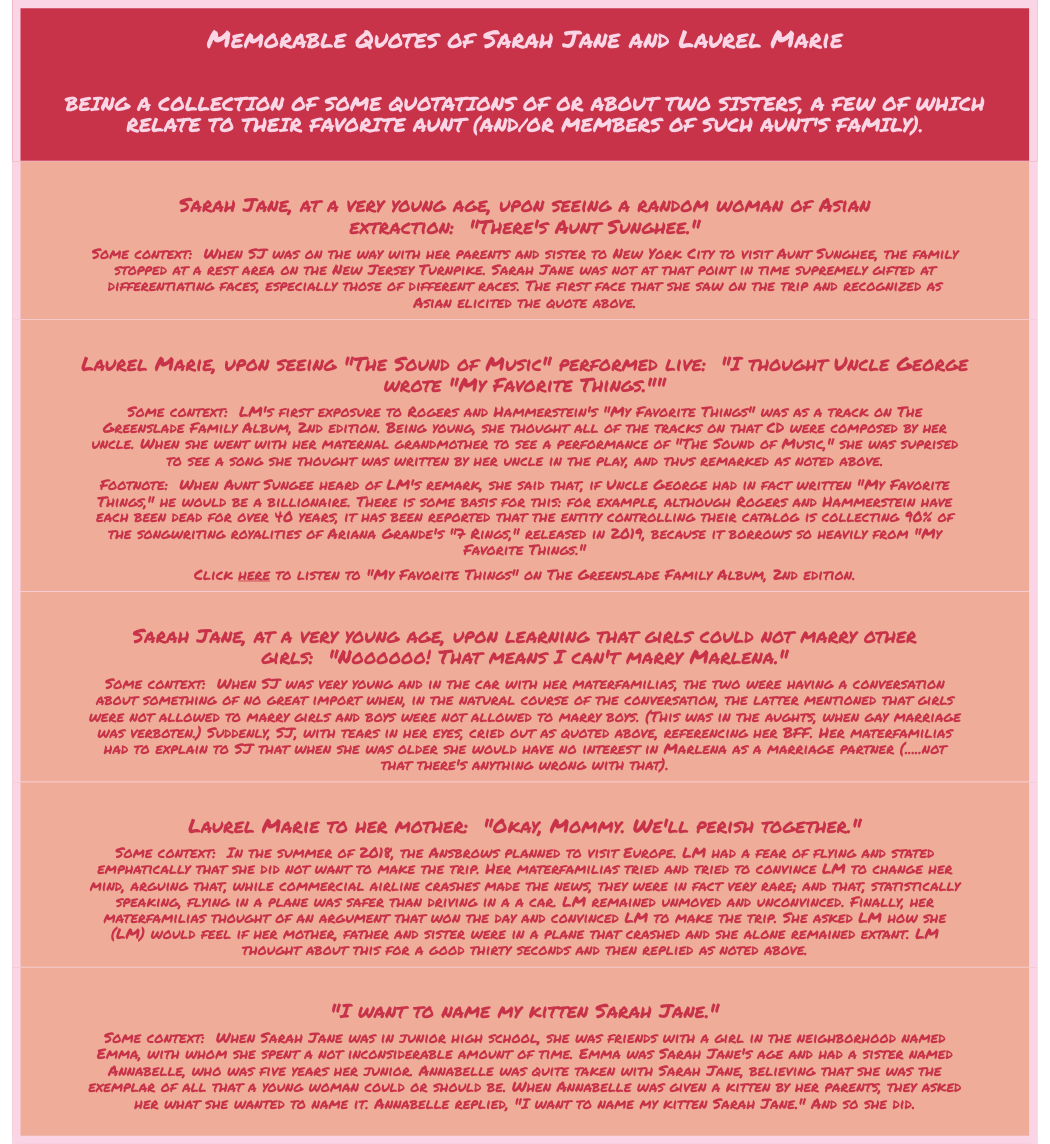
Repository: George2916/Sarah-Jane-and-Laurel-Marie
Page: quotes.html
The author's editor kept a record of every edit. The page is drawn from the files as they stood at one moment, then again after the next edit.
The browser window is 1280 px wide. The pictures show the whole page, at 82% of full size.

Above is the page before.
Console error: TypeError: Cannot read properties of null (reading 'style')

### quotes.html
<!DOCTYPE html>
<html>
<head>

    <meta charset="utf-8">
    <meta http-equiv="X-UA-Compatible" content="IE-edge">
    <meta name="viewport" content="width=device-width, initial-scale=1">
    <!--[if lt IE 9]
<script src="https://oss.maxcdn.com/html5shiv/3.7.2/html5shiv.min.js"></script>
<script src="https://oss.maxcdn.com/respond/1.4.2/respond.min.js"></script>
<![endif]-->

  <title>Memorable Quotes</title>

    <link rel="stylesheet" type="text/css" href="css/bootstrap.css">
    <link rel="stylesheet" type="text/css" href="css/mystyle.css">
    <link href="https://fonts.googleapis.com/css?family=Permanent+Marker" rel="stylesheet">

</head>


<body>

<div class="container-fluid">

  <div class="FPborder FPheading"><h2>Memorable Quotes of Sarah Jane and Laurel Marie
            </h2>
            <br>
            <h3 class="FPtextHeading">BEING A COLLECTION OF SOME QUOTATIONS OF OR ABOUT TWO SISTERS, A FEW OF WHICH RELATE TO THEIR FAVORITE AUNT (AND/OR MEMBERS OF SUCH AUNT'S FAMILY).</h3>
  </div>

  <div class="qBackground1">
    <div class="row"><!--first row-->

      <div class="col-xs-12">
        <h3 class="qText1">Sarah Jane, at a very young age, upon seeing a random woman of Asian extraction:&nbsp;&nbsp;"There's Aunt Sunghee."</h3>
        <h4 class="qText2">Some context:&nbsp;&nbsp;When SJ was on the way with her parents and sister to New York City to visit Aunt Sunghee, the family stopped at a rest area on the New Jersey Turnpike.  Sarah Jane was not at that point in time supremely gifted at differentiating faces, especially those of different races.  The first face that she saw on the trip and recognized as Asian elicited the quote above.</h4>
      </div>

    </div><!--/first row-->
    </div><!--/.qBackground1-->

    <div class="qBackground1">
    <div class="row"><!--second row-->

        <div class="col-xs-12">
        <h3 class="qText1">Laurel Marie, upon seeing "The Sound of Music" performed live:&nbsp;&nbsp;"I thought Uncle George wrote "My Favorite Things.""</h3>
        <h4 class="qText2">Some context:&nbsp;&nbsp;LM's first exposure to Rogers and Hammerstein's "My Favorite Things" was as a track on The Greenslade Family Album, 2nd edition. Being young, she thought all of the tracks on that CD were composed by her uncle.  When she went with her maternal grandmother to see a performance of "The Sound of Music," she was suprised to see a song she thought was written by her uncle in the play, and thus remarked as noted above.</h4>
        <h4 class="qText2">Footnote:&nbsp;&nbsp;When Aunt Sungee heard of LM's remark, she said that, if Uncle George had in fact written "My Favorite Things," he would be a billionaire. There is some basis for this: for example, although Rogers and Hammerstein have each been dead for over 40 years, it has been reported that the entity controlling their catalog is collecting 90% of the songwriting royalities of Ariana Grande's "7 Rings," released in 2019, because it borrows so heavily from "My Favorite Things."</h4>
        <h4 class="qText2">Click <a class="misc-link-5" id="quote1" href="https://youtu.be/F1NmzCG4n8A">here</a> to listen to "My Favorite Things" on The Greenslade Family Album, 2nd edition.</h4>
      </div>

      </div><!--/second row-->
      </div><!--/.qBackground1-->

      <div class="qBackground1">
      <div class="row"><!--third row-->

      <div class="col-xs-12">
        <h3 class="qText1">Sarah Jane, at a very young age, upon learning that girls could not marry other girls:&nbsp;&nbsp;"Noooooo! That means I can't marry Marlena."</h3>
        <h4 class="qText2">Some context:&nbsp;&nbsp;When SJ was very young and in the car with her materfamilias, the two were having a conversation about something of no great import when, in the natural course of the conversation, the latter mentioned that girls were not allowed to marry girls and boys were not allowed to marry boys.  (This was in the aughts, when gay marriage was verboten.)  Suddenly, SJ, with tears in her eyes, cried out as quoted above, referencing her BFF. Her materfamilias had to explain to SJ that when she was older she would have no interest in Marlena as a marriage partner (.....not that there's anything wrong with that).</h4>
      </div>

      </div><!--/third row-->
      </div> <!--/.qBackground1-->

      <div class="qBackground1">
      <div class="row"><!--fourth row-->

      <div class="col-xs-12">
        <h3 class="qText1">Laurel Marie to her mother:&nbsp;&nbsp;"Okay, Mommy. We'll perish together."</h3>
        <h4 class="qText2">Some context:&nbsp;&nbsp;In the summer of 2018, the Ansbrows planned to visit Europe.  LM had a fear of flying and stated emphatically that she did not want to make the trip.  Her materfamilias tried and tried to convince LM to change her mind, arguing that, while commercial airline crashes made the news, they were in fact very rare; and that, statistically speaking, flying in a plane was safer than driving in a a car. LM remained unmoved and unconvinced.  Finally, her materfamilias thought of an argument that won the day and convinced LM to make the trip.  She asked LM how she (LM) would feel if her mother, father and sister were in a plane that crashed and she alone remained extant. LM thought about this for a good thirty seconds and then replied as noted above. </h4>
      </div>

      </div><!--/fourth row-->
      </div> <!--/.qBackground2-->

      <div class="qBackground2">
      <div class="row"><!--fifth row-->

      <div class="col-xs-12">
        <h3 class="qText1">"I want to name my kitten Sarah Jane."</h3>
        <h4 class="qText2">Some context:&nbsp;&nbsp;When Sarah Jane was in junior high school, she was friends with a girl in the neighborhood named Emma, with whom she spent a not inconsiderable amount of time.  Emma was Sarah Jane's age and had a sister named Annabelle, who was five years her junior.  Annabelle was quite taken with Sarah Jane, believing that she was the exemplar of all that a young woman could or should be.  When Annabelle was given a kitten by her parents, they asked her what she wanted to name it.  Annabelle replied, "I want to name my kitten Sarah Jane." And so she did.</h4>
      </div>

      </div><!--/fifth row-->
      </div> <!--/.qBackground2-->


</div> <!--/.container-fluid-->



<script src="js/jquery-3.2.0.js"></script>
<script src="js/bootstrap.js"></script>
<script src="js/myjquery.js"></script>

</body>
</html>

### css/mystyle.css
/* color scheme

lilac: #f9d5e5

very light brown: #eeac99

pink: #e06377

red: #c83349

*/

/* STYLING FOR NAV BAR */

/* give the nav bar square corners, instead of the default rounded corners */

.navbar{
    border-radius: 0px;
}

/* change color of nav bar to lilac */

.navbar-default{
    background-color: #f9d5e5;
}

/* change the color of the lettering of Home, Slide Show and Misc. to red */

.navbar-default .navbar-collapse .navbar-nav > li > a{
     color: #c83349;
}

/* change the color of the lettering of Gallery to red */

.navbar-default .navbar-nav > .open > a,
.navbar-default .navbar-nav > .open > a:hover,
.navbar-default .navbar-nav > .open > a:focus {
    color: #c83349;
}

/* give the Home, Slide Show and Misc. tabs the color of very light brown when clicked on */

.navbar-default .navbar-nav .active a,
.navbar-default .navbar-nav .active a:hover,
.navbar-default .navbar-nav .active a:focus {
    background-color: #eeac99;
    color: #c83349;
}

/* give the Gallery tab the color of very light brown when clicked on */

.navbar-default .navbar-nav > .open > a:focus {
    background-color: #eeac99;
}

/* change color and size of the dropdown menu under the Gallery tab */

.dropdown-menu {
    background-color: #eeac99;
    padding: 0px;
    border: 0px;
    margin: 0px;
}

/* change the color of the text of the dropdown menu under the Gallery tab */

.dropdown-menu > li > a {
    color: #c83349;
}

/* make the hamburger icon have the background color of red */

.navbar-default .navbar-toggle:hover,
.navbar-default .navbar-toggle:focus {
    background-color: #eeac99;
}

.navbar-toggle{
    background-color: #c83349;
}

#bullet{

    vertical-align: text-top;
}


/* STYLING FOR HOME PAGE */

/* styling for jumbotron on Home page */

.cover-page-jumbo {
    background-color: #c83349;
    font-family: 'Permanent Marker', cursive;
    text-align: center;
    color: #f9d5e5;

}

/* styling for certain text in the Japanese translation of the Home page*/

#bullet {
    vertical-align: middle;
    letter-spacing: -10px;
}

#bullet1 {

    letter-spacing: -10px;
}

#bullet2 {

    letter-spacing: -8px;
}

#bullet3 {
    vertical-align: middle;
    letter-spacing: -14px;
}
@media only screen and (max-width: 660px) {
    .cover-page-jumbo h2{
        font-size: 140%;
    }

    .cover-page-jumbo h4{
        font-size: 90%;
    }
}

/* give the jumbrotron square corners, instead of the default rounded corners */

.container .jumbotron {
    border-radius: 0px;
}

.coverphoto {
    width: 100%;
    height: 100%;
    border: 4px solid #e06377;
}

/* resize image in jumbotron */
.coverphoto img {
    width: 100%;
    height: auto;
}


/* STYLING FOR GALLERY PAGES */

.gallery-background {
    padding: 20px;
    background-color: #c83349;
}

@media only screen and (max-width: 991px) {
    .extra-padding {
        padding-bottom: 20px;
    }
}

/* change the size of the modals for images in the Gallery which are rotated when displayed in modal format */
.gallery-rotate {
        height: 620px;
        width: 600px;
}

/* rotate certain photos in the Gallery -90 degrees when they are displayed in modal format */
.gallery-rotate img {
    -ms-transform: rotate(-90deg); /* IE 9 */
    -webkit-transform: rotate(-90deg); /* Chrome, Safari, Opera */
    transform: rotate(-90deg);
    height: 450px;
    position: absolute;
    top: 80px;
}

.pager li > a {
    background-color: #f9d5e5;
    color: #c83349;
}


/* STYLING FOR THE SLIDESHOW PAGES */

/* give pink border to the photos in the slide show */
.item > img {
    border: 4px solid #e06377;
}

/* center all img in slideshow */
.carousel-inner img {
    margin: auto;
}

/* enlarge certain pictures in the Slideshow to take up the height and width of their container */
.BBBB {
    width: 100%;
    height: auto;
}

/* give the color of smokey white to the left and right arrows in the Slideshow */

.carousel-control > span {
    color: #f5f5f5;
}

/* make the carousel captions the color of smokey white */
.carousel-caption {
    color: #f5f5f5;
}

/* give the color of smokey white to the border of the carousel indicators */
.carousel-indicators li {
    border: 1px solid #f5f5f5;
}

/* give the color of smokey white to the active carousel indicator */
.carousel-indicators .active {
     background-color: white;
}

/* hide carousel indicators and delete the <h4> captions in screen widths below 992px */
@media only screen and (max-width: 991px) {
    .carousel-indicators > li {
        display: none;
    }
    .carousel-caption > h4 {
        display: none;
    }
}

/* make font-size smaller in screen widths below 575px */
@media only screen and (max-width: 575px) {
    .carousel-caption h3 {
        font-size: 75%;
    }
}


/* STYLING FOR MISCELLANEOUS PAGE */

.color1 {
    background-color: #eeac99;
    height: 110px;
    padding-top: 10px;
}

.color2 {
    background-color: #e06377;
    height: 110px;
    padding-top: 10px;
}

.noPad {margin-right: 0px;
    margin-left: 0px;
}

/* STYLING FOR THE FAMILYTREEM.HTML AND FAMILYTREET.HTML DOCS */

.family-tree-jumbo {
    background-color: #f9d5e5;
    font-family: 'Permanent Marker', cursive;
    text-align: center;
}

.family-tree-jumbo > h3 {
    color: #c83349;
}

/* rotate the fourgenerationsM photo 90 degrees */
.fourgenerationsM img {
    width: 100%;
    height: auto;
   -ms-transform: rotate(90deg); /* IE 9 */
    -webkit-transform: rotate(90deg); /* Chrome, Safari, Opera */
    transform: rotate(90deg);
    position: relative;
    top: 60px;
    border: solid 5px #e06377;
}

/* adjust the position of the fourgenerationsM photo and related text, depending on the screen size */
@media only screen and (max-width: 1199px) {
    .fourgenerationsM img {
        position: relative;
        top: 50px;
    }
    .customclassM {
        position: relative;
        top: 2px;
    }
}

@media only screen and (max-width: 991px) {
    .fourgenerationsM img {
        position: relative;
        top: 100px;
    }
    .customclassM {
        position: relative;
        top: 250px;
        left: 50px;
    }
}

@media only screen and (max-width: 767px) {
    .fourgenerationsM img {
        position: relative;
        top: 120px;
    }
    .customclassM {
        position: relative;
        top: 250px;
        left: 0px;
    }
}

/* adjust the positioning of the fourgenerationsT photo and related text, depending on the screen size */
@media only screen and (min-width: 992px) {
    .fourgenerationsT img {
        width: 100%;
        height: auto;
        position: relative;
        left: 50px;
        top: 20px;
        border: solid 5px #e06377;
    }
    .customclassT {
        position: relative;
        left: 50px;
    }
}

@media only screen and (min-width: 768px) {
    .fourgenerationsT img {
        width: 100%;
        height: auto;
        border: solid 5px #e06377;
    }
    .customclassT {
        position: relative;
        top: 20px;
        left: 50px;
    }
}

@media only screen and (min-width: 100px) {
    .fourgenerationsT img {
        width: 100%;
        height: auto;
        border: solid 5px #e06377;
    }
    .customclassT {
        position: relative;
        top: 20px;
    }
}

.withtext {
    text-align: center;
    border: 2px solid black;
}

.withtext1 {
    border: 3.4px solid black;
    text-align: center;
}

.withsymbol {
    text-align: center;
}

.specialborder {
    border: solid 3px #e06377;
}


/* STYLING FOR QUESTIONNAIRE */

#heading, #headingJ{
    background-color: #c83349;
    font-family: 'Permanent Marker', cursive;
    text-align: center;
    color: #f9d5e5;
}

#Qborder, #QborderJ{
    border-width: 10px;
    border-style: solid;
    border-color: #f9d5e5;
}

#first-row, #first-rowJ{
    height: 2.5em;
}

#sjButtonJap > .btn,
#lmButtonJap > .btn {
    font-size: 75%;
}

@media only screen and (max-width: 767px) {
    #sjButtonJap > .btn,
    #lmButtonJap > .btn {
        font-size: 75%;
    }
}

@media only screen and (max-width: 640px) {
    #sjButtonJap > .btn,
    #lmButtonJap > .btn {
        font-size: 70%;
    }
}

@media only screen and (max-width: 575px) {
    #sjButtonJap > .card_back,
    #lmButtonJap > .card_back {
        font-size: 65%;
    }
    #sjButtonJap > .card_front,
    #lmButtonJap > .card_front {
        font-size: 65%;
    }
}

.card{
  position: relative;
  width: 25%;
  text-align: center;
}

.card_front,
.card_back{
  position: absolute;
  top: 0;
  left: 0;
  width: 100%;
  height: 100%;
}

.card_front,
.card_back{
  -webkit-backface-visibility: hidden;
          backface-visibility: hidden;
  -webkit-transition: -webkit-transform 0.3s;
          transition: transform 0.3s;
}

.card_front{
  background-color: #eeac99;
}

.card_back{
  background-color: #eeac99;
  -webkit-transform: rotateY(-180deg);
          transform: rotateY(-180deg);
}

.card.effect_hover:hover .card_front{
  -webkit-transform: rotateY(-180deg);
          transform: rotateY(-180deg);
}

.card.effect_hover:hover .card_back{
  -webkit-transform: rotateY(0);
          transform: rotateY(0);
}

.customBtn{

  border-right: 6px solid #eeac99;
  border-bottom: 6px solid #eeac99;
  border-right-style: outset;
  border-bottom-style: outset;
}

.question{
    background-color: #eeac99;
}

#hiddenSJ-1, #hiddenSJ-2, #hiddenSJ-3, #hiddenSJ-4, #hiddenSJ-5, #hiddenSJ-6, #hiddenSJ-7, #hiddenSJ-8, #hiddenSJ-9, #hiddenSJ-10, #hiddenSJ-11, #hiddenSJ-12, #hiddenSJ-13, #hiddenSJ-14, #hiddenSJ-15, #hiddenSJ-16, #hiddenSJ-17, #hiddenSJ-18, #hiddenSJ-19, #hiddenSJ-20, #hiddenSJ-21, #hiddenSJ-22, #hiddenSJ-23, #hiddenSJ-24, #hiddenSJ-25, #hiddenLM-1, #hiddenLM-2, #hiddenLM-3, #hiddenLM-4, #hiddenLM-5, #hiddenLM-6, #hiddenLM-7, #hiddenLM-8, #hiddenLM-9, #hiddenLM-10, #hiddenLM-11, #hiddenLM-12, #hiddenLM-13, #hiddenLM-14, #hiddenLM-15, #hiddenLM-16, #hiddenLM-17, #hiddenLM-18, #hiddenLM-19, #hiddenLM-20, #hiddenLM-21, #hiddenLM-22, #hiddenLM-23, #hiddenLM-24, #hiddenLM-25, #hiddenSJJ-1, #hiddenSJJ-2, #hiddenSJJ-3, #hiddenSJJ-4, #hiddenSJJ-5, #hiddenSJJ-6, #hiddenSJJ-7, #hiddenSJJ-8, #hiddenSJJ-9, #hiddenSJJ-10, #hiddenSJJ-11, #hiddenSJJ-12, #hiddenSJJ-13, #hiddenSJJ-14, #hiddenSJJ-15, #hiddenSJJ-16, #hiddenSJJ-17, #hiddenSJJ-18, #hiddenSJJ-19, #hiddenSJJ-20, #hiddenSJJ-21, #hiddenSJJ-22, #hiddenSJJ-23, #hiddenSJJ-24, #hiddenSJJ-25, #hiddenLMJ-1, #hiddenLMJ-2,  #hiddenLMJ-3, #hiddenLMJ-4, #hiddenLMJ-5, #hiddenLMJ-6, #hiddenLMJ-7, #hiddenLMJ-8, #hiddenLMJ-9, #hiddenLMJ-10, #hiddenLMJ-11, #hiddenLMJ-12, #hiddenLMJ-13, #hiddenLMJ-14, #hiddenLMJ-15, #hiddenLMJ-16, #hiddenLMJ-17, #hiddenLMJ-18, #hiddenLMJ-19, #hiddenLMJ-20, #hiddenLMJ-21, #hiddenLMJ-22, #hiddenLMJ-23, #hiddenLMJ-24, #hiddenLMJ-25 {
    background-color: #eeac99;
}


/* STYLING FOR FLIPPABLE PHOTOS (MEMENTOS) */

.FPborder{
    border-width: 10px 10px 1px 10px;
    border-style: solid;
    border-color: #f9d5e5;
}

.FPheading{
    background-color: #c83349;
    font-family: 'Permanent Marker', cursive;
    text-align: center;
    color: #f9d5e5;
    padding-bottom: 20px;
}

.FPbackground{
    border-width: 0px 10px 10px 10px;
    border-style: solid;
    border-color: #f9d5e5;
    background-color: #eeac99;
    padding: 0px 20px 0px 20px;
}

.FPtextHeading{
    padding: 0px 20px;
}

.pic-front{
    box-shadow: 5px 5px 5px #c83349;
    margin-bottom: 20px;
}

.pic-back{
    display:none;
    box-shadow: 5px 5px 5px #c83349;
    margin-bottom: 20px;
}

.FPtext{
    color: #c83349;
}

/* rotation of images */

#front1{
  transform: rotate(3deg);
}

#front1:hover{
  transform: rotate(0deg);
  cursor: grab;
}

#back1-1{
  transform: rotate(3deg);
}

#back1-1:hover{
  transform: rotate(0deg);
  cursor: grab;
}

#back1-2{
  transform: rotate(3deg);
}

#back1-2:hover{
  transform: rotate(0deg);
  cursor: grab;
}

#front2{
  transform: rotate(1deg);
}

#front2:hover{
  transform: rotate(0deg);
  cursor: grab;
}

#back2{
  transform: rotate(1deg);
}

#back2:hover{
  transform: rotate(0deg);
  cursor: grab;
}

#front3{
  transform: rotate(-3deg);
}

#front3:hover{
  transform: rotate(0deg);
  cursor: grab;
}

#back3-1{
  transform: rotate(-3deg);
}

#back3-1:hover{
  transform: rotate(0deg);
  cursor: grab;
}

#back3-2{
  transform: rotate(-3deg);
}

#back3-2:hover{
  transform: rotate(0deg);
  cursor: grab;
}

#front4{
  transform: rotate(3deg);
}

#front4:hover{
  transform: rotate(0deg);
  cursor: grab;
}

#back4{
  transform: rotate(3deg);
}

#back4:hover{
  transform: rotate(0deg);
  cursor: grab;
}

#front5{
  transform: rotate(1deg);
}

#front5:hover{
  transform: rotate(0deg);
  cursor: grab;
}

#back5{
  transform: rotate(1deg);
}

#back5:hover{
  transform: rotate(0deg);
  cursor: grab;
}

#front6{
  transform: rotate(-7deg);
}

#front6:hover{
  transform: rotate(-0deg);
  cursor: grab;
}

#back6{
  transform: rotate(-7deg);
}

#back6:hover{
  transform: rotate(-0deg);
  cursor: grab;
}

#front7{
  transform: rotate(1deg);
}

#front7:hover{
  transform: rotate(0deg);
  cursor: grab;
}

#back7-1{
  transform: rotate(1deg);
}

#back7-1:hover{
  transform: rotate(0deg);
  cursor: grab;
}

#back7-2{
  transform: rotate(1deg);
}

#back7-2:hover{
  transform: rotate(0deg);
  cursor: grab;
}

#back7-3{
  transform: rotate(1deg);
}

#back7-3:hover{
  transform: rotate(0deg);
  cursor: grab;
}

#front8{
  transform: rotate(-5deg);
}

#front8:hover{
  transform: rotate(0deg);
  cursor: grab;
}

#back8{
  transform: rotate(-5deg);
}

#back8:hover{
  transform: rotate(0deg);
  cursor: grab;
}

#front9{
  transform: rotate(-3deg);
}

#front10{
  transform: rotate(2deg);
}

#front10:hover{
  transform: rotate(0deg);
  cursor: grab;
}

#back10-1{
  transform: rotate(2deg);
}

#back10-1:hover{
  transform: rotate(0deg);
  cursor: grab;
}

#back10-2{
  transform: rotate(2deg);
}

#back10-2:hover{
  transform: rotate(0deg);
  cursor: grab;
}

#back10-3{
  transform: rotate(2deg);
}

#back10-3:hover{
  transform: rotate(0deg);
  cursor: grab;
}

#back10-4{
  transform: rotate(2deg);
}

#back10-4:hover{
  transform: rotate(0deg);
  cursor: grab;
}

#back10-5{
  transform: rotate(2deg);
}

#back10-5:hover{
  transform: rotate(0deg);
  cursor: grab;
}

#front11{
  transform: rotate(2deg);
}

#front11:hover{
  transform: rotate(0deg);
}

#front12{
  transform: rotate(-2deg);
}

#front12:hover{
  transform: rotate(0deg);
  cursor: grab;
}

#back12{
  transform: rotate(-2deg);
}

#back12:hover{
  transform: rotate(0deg);
  cursor: grab;
}

#front13{
  transform: rotate(-2deg);
}

#front13:hover{
  transform: rotate(0deg);
  cursor: grab;
}

#back13{
  transform: rotate(-2deg);
}

#back13:hover{
  transform: rotate(0deg);
  cursor: grab;
}

#front14{
  transform: rotate(3deg);
}

#front14:hover{
  transform: rotate(0deg);
  cursor: grab;
}

#back14{
  transform: rotate(3deg);
}

#back14:hover{
  transform: rotate(0deg);
  cursor: grab;
}



/* STYLING FOR QUOTES.HTML */


.qText1{
    color: #c83349;
    font-family: 'Permanent Marker', cursive;
    padding: 0px 50px;
    text-align: center;
}

.qText2{
    color: #c83349;
    font-family: 'Permanent Marker', cursive;
    padding: 0px 60px;
    text-align: center;

}

.qBackground1{
    border-width: 0px 10px 1px 10px;
    border-style: solid;
    border-color: #f9d5e5;
    background-color: #eeac99;
    padding: 20px 20px 0px 20px
}

.qBackground2{
    border-width: 0px 10px 10px 10px;
    border-style: solid;
    border-color: #f9d5e5;
    background-color: #eeac99;
    padding: 20px 20px 20px 20px
}

#quote1{
    text-decoration: underline;
}

.noPad {margin-right: 0px;
    margin-left: 0px;}

Loaded but not shown: css/bootstrap.css (library); js/jquery-3.2.0.js (library); js/bootstrap.js (library); js/myjquery.js (library)

After the next edit:
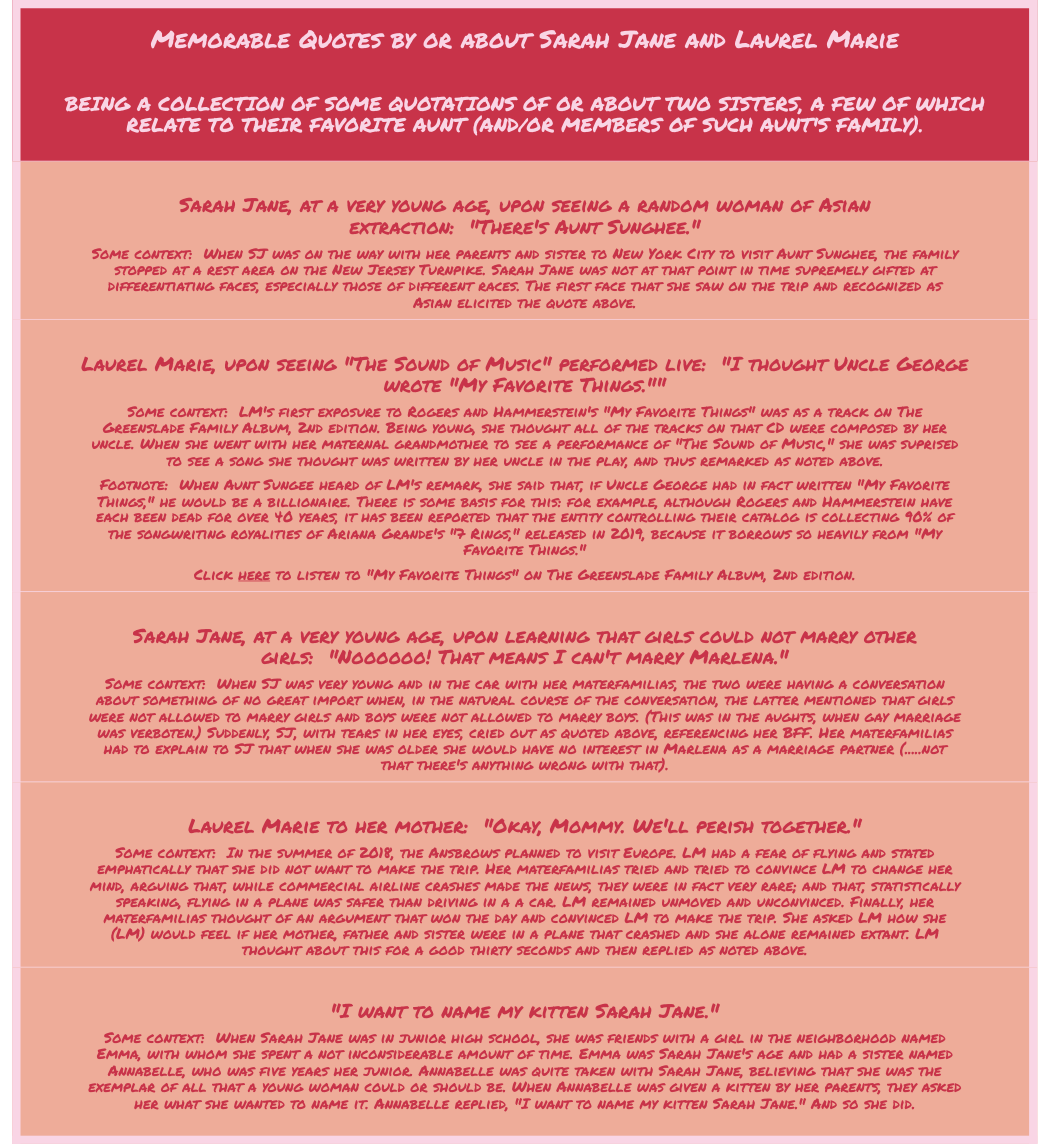
The edit:
--- a/quotes.html
+++ b/quotes.html
@@ -23,7 +23,7 @@
 
 <div class="container-fluid">
 
-  <div class="FPborder FPheading"><h2>Memorable Quotes of Sarah Jane and Laurel Marie
+  <div class="FPborder FPheading"><h2>Memorable Quotes by or about Sarah Jane and Laurel Marie
             </h2>
             <br>
             <h3 class="FPtextHeading">BEING A COLLECTION OF SOME QUOTATIONS OF OR ABOUT TWO SISTERS, A FEW OF WHICH RELATE TO THEIR FAVORITE AUNT (AND/OR MEMBERS OF SUCH AUNT'S FAMILY).</h3>
